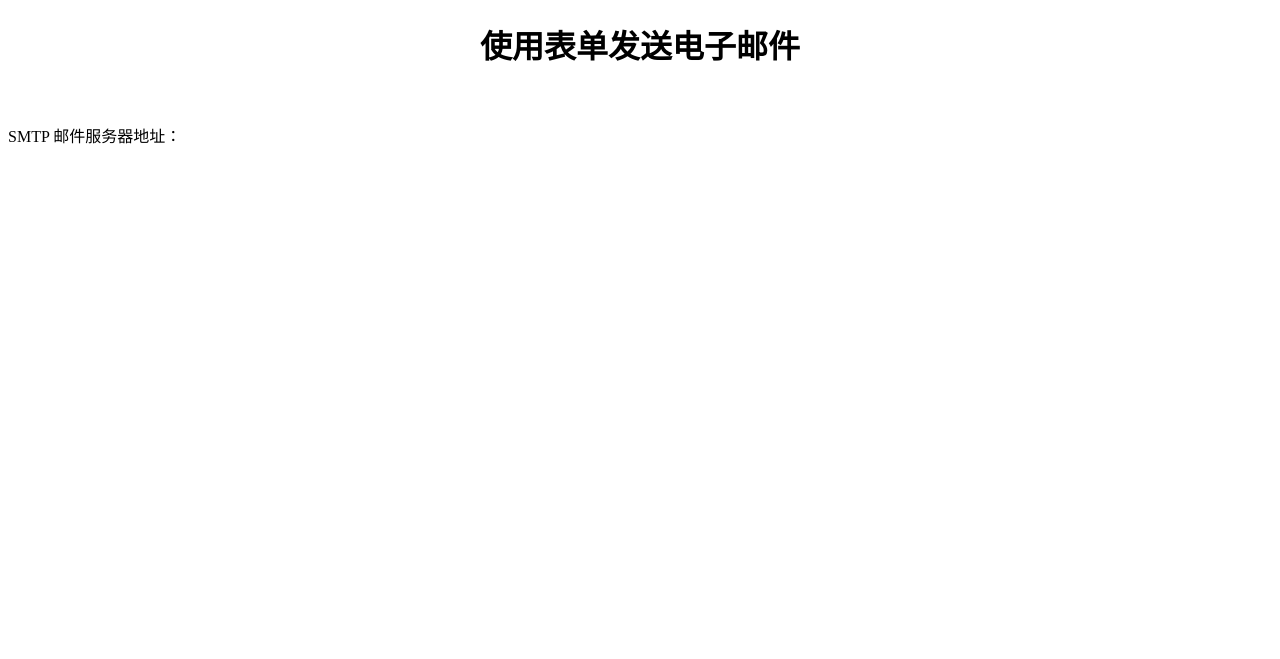
Repository: eterinfi/java
Page: jee/JSPDemo/WebContent/sendemail.html
An editor plug-in stored every save of this project. The page is shown before and after the next save, followed by the edit.
The browser window is 1280 px wide. The pictures show the whole page.

Above is the page before, as saved 2016-11-15 10:22:27.

After the next save:
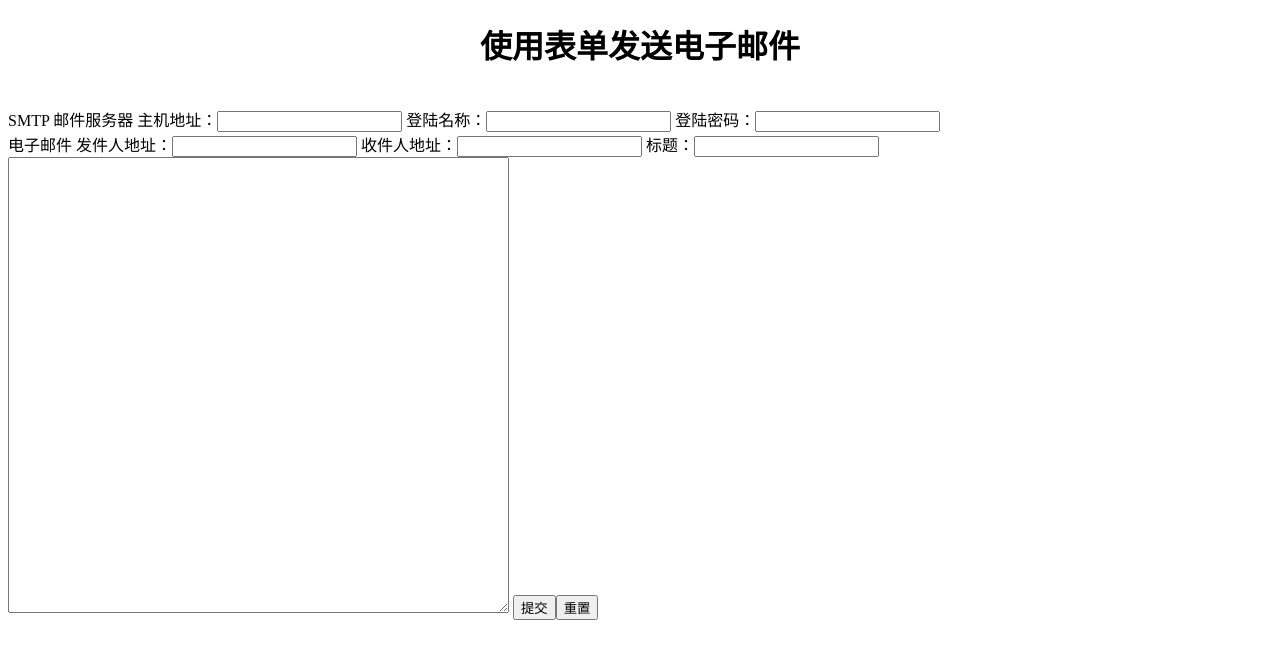
Saved 19 min 18 s later.
--- a/jee/JSPDemo/WebContent/sendemail.html
+++ b/jee/JSPDemo/WebContent/sendemail.html
@@ -8,7 +8,18 @@
   <h1 align="center">使用表单发送电子邮件</h1>
   <br />
   <form action="SendSubmittedEmail.jsp" method="POST">
-  <p>SMTP 邮件服务器地址：
+    <label>SMTP 邮件服务器</label>
+    <span>    主机地址：<input type="text" name="host" /></span>
+    <span>    登陆名称：<input type="text" name="user" /></span>
+    <span>    登陆密码：<input type="password" name="password" /></span>
+    <br />
+    <label>电子邮件</label>
+    <span>    发件人地址：<input type="text" name="from" /></span>
+    <span>    收件人地址：<input type="text" name="to" /></span>
+    <span>    标题：<input type="text" name="subject" /></span>
+    <textarea name="body" cols="60" rows="30" placeholder="正文....">
+    </textarea>
+    <button type="submit">提交</button><button type="reset">重置</button>
   </form>
 </body>
 </html>
